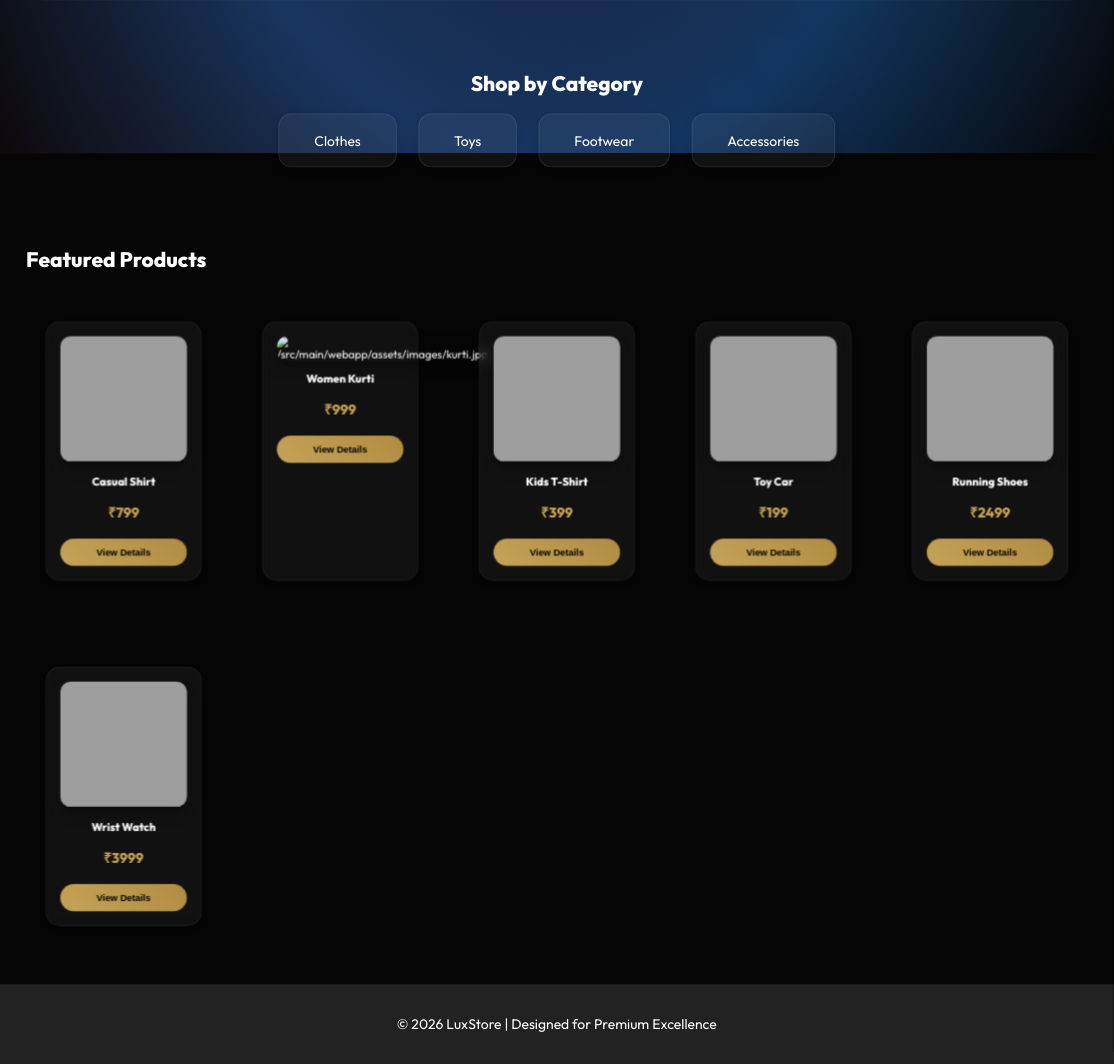
Repository: pradeepkumarh-17/Ecommerce
Page: http://localhost/EcomStore/views/user/home.jsp
The author's editor kept a copy of each file at every save. The page is drawn from the files as they stood at one save, then again after the next save.
The browser window is 1280 px wide. The pictures show the part of the page from y = 544 to 1767 px (the page is 1767 px tall), at 87% of full size.
Pictures or frames that could not be fetched are drawn as grey boxes. Some web libraries are served in a nearby version. The page is served by Tomcat 10. Other server files are loaded and not shown.

Above is the page before, as saved 2026-05-03 11:56:41.
Not found: EcomStore/EcomStore/views/user/images/kurti.jpg

### EcomStore/src/main/webapp/views/user/home.jsp
<%@ page contentType="text/html; charset=UTF-8" pageEncoding="UTF-8"%>

<%@ include file="../partials/header.jsp"%>

<div class="container-3d">
    <div class="container">

        <!-- HERO -->
        <section class="hero">
            <div class="hero-content">
                <h1>Elevate Your Style ✨</h1>
                <p>Premium Collections | Up to 65% Off</p>
                <div class="hero-btns">
                    <a href="<%= request.getContextPath() %>/product" class="btn">Shop Now</a>
                </div>
            </div>
        </section>

        <!-- CATEGORY -->
        <section class="categories">
            <h2 class="section-title">Shop by Category</h2>

            <div class="category-grid">
                <a href="<%= request.getContextPath() %>/product?category=1" class="category-card">
                    <span>Clothes</span>
                </a>
                <a href="<%= request.getContextPath() %>/product?category=2" class="category-card">
                    <span>Toys</span>
                </a>
                <a href="<%= request.getContextPath() %>/product?category=3" class="category-card">
                    <span>Footwear</span>
                </a>
                <a href="<%= request.getContextPath() %>/product?category=4" class="category-card">
                    <span>Accessories</span>
                </a>
            </div>
        </section>

        <!-- PRODUCTS -->
        <section class="products">
            <h2 class="section-title">Featured Products</h2>

            <div class="product-grid">

                <div class="product-card">
                    <div class="product-img-wrapper">
                        <img src="https://images.unsplash.com/photo-1602810318383-e386cc2a3ccf" alt="this.src='https://picsum.photos/300'">
                    </div>
                    <h3>Casual Shirt</h3>
                    <p class="price">&#8377;799</p>
                    <a href="<%= request.getContextPath() %>/product"><button class="cart-btn">View Details</button></a>
                </div>

                <div class="product-card">
                    <div class="product-img-wrapper">
                        <img src="images/kurti.jpg" alt="/src/main/webapp/assets/images/kurti.jpg">
                    </div>
                    <h3>Women Kurti</h3>
                    <p class="price">&#8377;999</p>
                    <a href="<%= request.getContextPath() %>/product"><button class="cart-btn">View Details</button></a>
                </div>

                <div class="product-card">
                    <div class="product-img-wrapper">
                        <img src="https://images.unsplash.com/photo-1585386959984-a4155223169f" onerror="this.src='https://picsum.photos/300'">
                    </div>
                    <h3>Kids T-Shirt</h3>
                    <p class="price">&#8377;399</p>
                    <a href="<%= request.getContextPath() %>/product"><button class="cart-btn">View Details</button></a>
                </div>

                <div class="product-card">
                    <div class="product-img-wrapper">
                        <img src="https://images.unsplash.com/photo-1606813907291-d86efa9b94db" onerror="this.src='https://picsum.photos/300'">
                    </div>
                    <h3>Toy Car</h3>
                    <p class="price">&#8377;199</p>
                    <a href="<%= request.getContextPath() %>/product"><button class="cart-btn">View Details</button></a>
                </div>

                <div class="product-card">
                    <div class="product-img-wrapper">
                        <img src="https://images.unsplash.com/photo-1600180758890-6b94519a8ba6" onerror="this.src='https://picsum.photos/300'">
                    </div>
                    <h3>Running Shoes</h3>
                    <p class="price">&#8377;2499</p>
                    <a href="<%= request.getContextPath() %>/product"><button class="cart-btn">View Details</button></a>
                </div>

                <div class="product-card">
                    <div class="product-img-wrapper">
                        <img src="https://images.unsplash.com/photo-1523275335684-37898b6baf30" onerror="this.src='https://picsum.photos/300'">
                    </div>
                    <h3>Wrist Watch</h3>
                    <p class="price">&#8377;3999</p>
                    <a href="<%= request.getContextPath() %>/product"><button class="cart-btn">View Details</button></a>
                </div>
            </div>
        </section>

    </div>
</div>

<%@ include file="../partials/footer.jsp"%>

### EcomStore/src/main/webapp/views/partials/header.jsp
<%@ page contentType="text/html; charset=UTF-8" %>

<!DOCTYPE html>
<html lang="en">
<head>
    <meta charset="UTF-8">
    <meta name="viewport" content="width=device-width, initial-scale=1.0">
    <title>LuxCommerce | Premium E-Store</title>

    <!-- Google Fonts -->
    <link rel="preconnect" href="https://fonts.googleapis.com">
    <link rel="preconnect" href="https://fonts.gstatic.com" crossorigin>
    <link href="https://fonts.googleapis.com/css2?family=Outfit:wght@300;400;600;800&display=swap" rel="stylesheet">

    <!-- ✅ CSS LINKS -->
    <link rel="stylesheet" href="<%= request.getContextPath() %>/assets/css/style.css">
    <link rel="stylesheet" href="<%= request.getContextPath() %>/assets/css/modern-ui.css">

    <!-- GSAP for Animations -->
    <script src="https://cdnjs.cloudflare.com/ajax/libs/gsap/3.12.2/gsap.min.js"></script>
    <script src="https://cdnjs.cloudflare.com/ajax/libs/gsap/3.12.2/ScrollTrigger.min.js"></script>
</head>

<body>

<header class="header">
    <div class="logo">LUX<span>STORE</span></div>

    <div class="search-bar">
        <form action="<%= request.getContextPath() %>/product" method="GET">
            <input type="text" name="search" placeholder="Discover premium products...">
            <button type="submit">🔍</button>
        </form>
    </div>

    <nav class="nav-links">
        <a href="<%= request.getContextPath() %>/views/user/home.jsp">Home</a>
        <a href="<%= request.getContextPath() %>/product">Products</a>
        <a href="<%= request.getContextPath() %>/cart">Cart</a>
        <a href="<%= request.getContextPath() %>/login" class="login-btn">Login</a>
    </nav>
</header>

### EcomStore/src/main/webapp/views/partials/footer.jsp
<footer class="footer">
    <div class="footer-content">
        <p>&copy; 2026 LuxStore | Designed for Premium Excellence</p>
    </div>
</footer>

<!-- Modern UI Logic -->
<script src="<%= request.getContextPath() %>/assets/js/modern-ui.js"></script>

</body>
</html>

### EcomStore/src/main/webapp/assets/css/style.css
/* ================= GLOBAL ================= */
body {
    margin: 0;
    font-family: 'Segoe UI', sans-serif;
    background: #8080ff;
}

/* ================= HEADER ================= */
.header {
    display: flex;
    justify-content: space-between;
    align-items: center;
    padding: 15px 40px;
    background: white;
    box-shadow: 0 2px 8px rgba(0,0,0,0.1);
}

.logo {
    font-size: 26px;
    font-weight: bold;
    color: #28a745;
}

/* SEARCH BAR FIX */
.search-bar form {
    display: flex;
    align-items: center;
}

.search-bar input {
    padding: 10px;
    width: 250px;
    border: 1px solid #ddd;
    border-radius: 6px 0 0 6px;
    outline: none;
}

.search-bar button {
    padding: 10px 15px;
    border: none;
    background: #28a745;
    color: white;
    border-radius: 0 6px 6px 0;
    cursor: pointer;
    font-size: 16px;
}

/* NAV */
.nav-links a {
    margin-left: 20px;
    text-decoration: none;
    color: #333;
    font-weight: 500;
}

.nav-links a:hover {
    color: #28a745;
}

/* ================= HERO ================= */
.hero {
    background: linear-gradient(rgba(0,0,0,0.4), rgba(0,0,0,0.4)),
    url("/EcomStore/assets/images/download(3).jpeg");

    background-size: cover;
    background-position: center;
    background-repeat: no-repeat;

    height: 320px;
    margin: 20px;
    border-radius: 15px;

    display: flex;
    justify-content: center;
    align-items: center;
    text-align: center;
    color: #ff8040;
}

.hero h1 {
    font-size: 42px;
    margin-bottom: 12px;
    justify-content: center;
    align-items: center;
    text-align: center;
    color: #ff8000;

}

.hero p {
    font-size: 18px;
}

.btn {
    padding: 10px 20px;
    background: white;
    color: #28a745;
    border-radius: 6px;
    text-decoration: none;
    font-weight: bold;
}

/* ================= CATEGORY ================= */
.categories {
    padding: 40px 0;
    text-align: center;
}

.category-grid {
    display: flex;
    justify-content: center;
    gap: 25px;
    margin-top: 20px;
}

.category-card {
    background: white;
    padding: 15px 30px;
    border-radius: 12px;
    text-decoration: none;
    color: #333;
    font-weight: 500;
    box-shadow: 0 4px 10px rgba(0,0,0,0.1);
    transition: 0.3s;
}

.category-card:hover {
    background: #28a745;
    color: white;
    transform: translateY(-5px);
}

/* ================= PRODUCTS ================= */
.products {
    padding: 30px;
}

.product-grid {
    display: grid;
    grid-template-columns: repeat(auto-fit, minmax(220px, 1fr));
    gap: 25px;
}

/* CARD */
.product-card {
    background: white;
    padding: 15px;
    border-radius: 12px;
    text-align: center;
    box-shadow: 0 4px 12px rgba(0,0,0,0.1);
    transition: 0.3s;
}

/* HOVER EFFECT */
.product-card:hover {
    transform: translateY(-8px) scale(1.03);
    box-shadow: 0 12px 25px rgba(0,0,0,0.2);
}

/* IMAGE */
.product-card img {
    width: 100%;
    height: 180px;
    object-fit: cover;
    border-radius: 10px;
}

/* TEXT */
.product-card h3 {
    margin: 10px 0;
    font-size: 16px;
}

/* PRICE */
.price {
    color: #28a745;
    font-weight: bold;
    margin-bottom: 10px;
}

/* BUTTON */
.cart-btn {
    background: #28a745;
    color: white;
    border: none;
    padding: 10px;
    width: 100%;
    border-radius: 6px;
    cursor: pointer;
    transition: 0.3s;
}

.cart-btn:hover {
    background: #218838;
}

/* ================= FOOTER ================= */
.footer {
    text-align: center;
    padding: 20px;
    background: #222;
    color: white;
}

/* ================= RESPONSIVE ================= */
@media (max-width: 768px) {
    .search-bar input {
        width: 150px;
    }

    .category-grid {
        flex-wrap: wrap;
    }
}

### EcomStore/src/main/webapp/assets/css/modern-ui.css
:root {
    --primary: #c5a358; /* Gold accent */
    --secondary: #1a1a2e; /* Deep dark blue */
    --accent: #e94560; /* Vibrant pink/red */
    --bg-dark: #0f3460;
    --glass: rgba(255, 255, 255, 0.05);
    --glass-border: rgba(255, 255, 255, 0.1);
    --glass-text: rgba(255, 255, 255, 0.8);
    --shadow-3d: 0 20px 40px rgba(0,0,0,0.4), 0 10px 10px rgba(0,0,0,0.2);
    --transition-fast: 0.3s cubic-bezier(0.4, 0, 0.2, 1);
    --transition-slow: 0.6s cubic-bezier(0.4, 0, 0.2, 1);
}

@import url('https://fonts.googleapis.com/css2?family=Outfit:wght@300;400;600;800&display=swap');

body {
    margin: 0;
    font-family: 'Outfit', sans-serif;
    background: #050505;
    color: #fff;
    overflow-x: hidden;
    scroll-behavior: smooth;
}

/* Animated Gradient Background */
.bg-animation {
    position: fixed;
    top: 0;
    left: 0;
    width: 100%;
    height: 100%;
    background: radial-gradient(circle at 50% 50%, #16213e 0%, #0f3460 50%, #050505 100%);
    z-index: -1;
    overflow: hidden;
}

.bg-animation::after {
    content: '';
    position: absolute;
    top: -50%;
    left: -50%;
    width: 200%;
    height: 200%;
    background: radial-gradient(circle at 30% 30%, rgba(197, 163, 88, 0.05) 0%, transparent 40%),
                radial-gradient(circle at 70% 70%, rgba(233, 69, 96, 0.05) 0%, transparent 40%);
    animation: rotateBG 20s linear infinite;
}

@keyframes rotateBG {
    0% { transform: rotate(0deg); }
    100% { transform: rotate(360deg); }
}

/* 3D Perspective Container */
.container-3d {
    perspective: 1000px;
}

/* Glassmorphism Header */
.header {
    background: rgba(15, 52, 96, 0.7) !important;
    backdrop-filter: blur(15px);
    border-bottom: 1px solid var(--glass-border);
    position: sticky;
    top: 0;
    z-index: 1000;
    padding: 15px 60px !important;
    transition: var(--transition-fast);
}

.header.scrolled {
    padding: 10px 60px !important;
    background: rgba(15, 52, 96, 0.9) !important;
}

.logo {
    font-size: 32px !important;
    background: linear-gradient(45deg, var(--primary), #fff);
    -webkit-background-clip: text;
    background-clip: text;
    -webkit-text-fill-color: transparent;
    font-weight: 800 !important;
    letter-spacing: -1px;
}

.nav-links a {
    color: var(--glass-text) !important;
    position: relative;
    font-weight: 400 !important;
    padding: 5px 10px;
    border-radius: 5px;
    transition: var(--transition-fast);
}

.nav-links a::after {
    content: '';
    position: absolute;
    bottom: 0;
    left: 50%;
    width: 0;
    height: 2px;
    background: var(--primary);
    transition: var(--transition-fast);
    transform: translateX(-50%);
}

.nav-links a:hover {
    color: #fff !important;
}

.nav-links a:hover::after {
    width: 80%;
}

/* 3D Glass Product Card */
.product-card {
    background: var(--glass) !important;
    backdrop-filter: blur(10px);
    border: 1px solid var(--glass-border) !important;
    border-radius: 20px !important;
    padding: 20px !important;
    transform-style: preserve-3d;
    transition: transform 0.5s cubic-bezier(0.23, 1, 0.32, 1), box-shadow 0.5s ease !important;
    position: relative;
}

.product-card:hover {
    transform: translateY(-10px) rotateX(5deg) rotateY(-5deg) !important;
    box-shadow: 0 30px 60px rgba(0,0,0,0.6) !important;
    border-color: var(--primary) !important;
}

.product-card img {
    border-radius: 15px !important;
    transform: translateZ(20px);
    transition: var(--transition-fast);
    box-shadow: 0 10px 20px rgba(0,0,0,0.3);
}

.product-card h3 {
    color: #fff !important;
    transform: translateZ(30px);
    margin: 15px 0 5px 0 !important;
}

.product-card .price {
    color: var(--primary) !important;
    transform: translateZ(25px);
    font-size: 20px !important;
}

.cart-btn {
    background: linear-gradient(45deg, var(--primary), #b08d42) !important;
    border: none !important;
    border-radius: 30px !important;
    color: #000 !important;
    font-weight: 700 !important;
    padding: 12px !important;
    margin-top: 15px !important;
    transform: translateZ(40px);
    transition: var(--transition-fast) !important;
    cursor: pointer;
}

.cart-btn:hover {
    background: #fff !important;
    transform: translateZ(50px) scale(1.05) !important;
    box-shadow: 0 0 20px var(--primary);
}

/* Hero Section Enhancement */
.hero {
    height: 450px !important;
    border-radius: 30px !important;
    position: relative;
    overflow: hidden;
    background: none !important;
    border: 1px solid var(--glass-border);
}

.hero::before {
    content: '';
    position: absolute;
    top: 0;
    left: 0;
    width: 100%;
    height: 100%;
    background: linear-gradient(rgba(0,0,0,0.2), rgba(0,0,0,0.8)), url('https://images.unsplash.com/photo-1441986300917-64674bd600d8?ixlib=rb-1.2.1&auto=format&fit=crop&w=1350&q=80');
    background-size: cover;
    background-position: center;
    z-index: -1;
    transition: transform 5s ease;
}

.hero:hover::before {
    transform: scale(1.1);
}

.hero h1 {
    font-size: 64px !important;
    color: #fff !important;
    text-shadow: 0 10px 20px rgba(0,0,0,0.5);
    margin-bottom: 20px !important;
}

.hero .btn {
    background: var(--primary) !important;
    color: #000 !important;
    padding: 15px 40px !important;
    border-radius: 50px !important;
    font-size: 18px !important;
    box-shadow: 0 10px 20px rgba(197, 163, 88, 0.3);
}

/* Category Cards */
.category-card {
    background: var(--glass) !important;
    border: 1px solid var(--glass-border) !important;
    color: #fff !important;
    border-radius: 15px !important;
    padding: 20px 40px !important;
    transition: var(--transition-fast) !important;
}

.category-card:hover {
    background: var(--primary) !important;
    color: #000 !important;
    transform: scale(1.1) rotate(2deg) !important;
}

/* Forms */
input, select, textarea {
    background: rgba(255,255,255,0.05) !important;
    border: 1px solid var(--glass-border) !important;
    color: #fff !important;
    border-radius: 8px !important;
    padding: 12px !important;
    transition: var(--transition-fast);
}

input:focus {
    border-color: var(--primary) !important;
    background: rgba(255,255,255,0.1) !important;
    box-shadow: 0 0 15px rgba(197, 163, 88, 0.2);
    outline: none;
}

/* Premium Scrollbar */
::-webkit-scrollbar {
    width: 8px;
}

::-webkit-scrollbar-track {
    background: #050505;
}

::-webkit-scrollbar-thumb {
    background: var(--primary);
    border-radius: 10px;
}

::-webkit-scrollbar-thumb:hover {
    background: #fff;
}

### EcomStore/src/main/webapp/assets/js/modern-ui.js
document.addEventListener('DOMContentLoaded', () => {
    // Background Animation Setup
    const bg = document.createElement('div');
    bg.className = 'bg-animation';
    document.body.prepend(bg);

    // Initialize GSAP Animations
    if (typeof gsap !== 'undefined') {
        gsap.from('.header', {
            y: -100,
            opacity: 0,
            duration: 1,
            ease: 'power4.out'
        });

        gsap.from('.hero-content > *', {
            y: 50,
            opacity: 0,
            duration: 1,
            stagger: 0.2,
            ease: 'power3.out'
        });

        // Scroll animations for sections
        const sections = document.querySelectorAll('section');
        sections.forEach(section => {
            gsap.from(section, {
                scrollTrigger: {
                    trigger: section,
                    start: 'top 80%',
                },
                y: 30,
                opacity: 0,
                duration: 1,
                ease: 'power3.out'
            });
        });

        // Product cards staggering
        gsap.from('.product-card', {
            scrollTrigger: {
                trigger: '.product-grid',
                start: 'top 80%',
            },
            scale: 0.8,
            opacity: 0,
            duration: 0.8,
            stagger: 0.1,
            ease: 'back.out(1.7)'
        });
    }

    // Header Scroll Effect
    window.addEventListener('scroll', () => {
        const header = document.querySelector('.header');
        if (window.scrollY > 50) {
            header.classList.add('scrolled');
        } else {
            header.classList.remove('scrolled');
        }
    });

    // 3D Tilt Effect for Product Cards
    const cards = document.querySelectorAll('.product-card');
    cards.forEach(card => {
        card.addEventListener('mousemove', (e) => {
            const rect = card.getBoundingClientRect();
            const x = e.clientX - rect.left;
            const y = e.clientY - rect.top;

            const centerX = rect.width / 2;
            const centerY = rect.height / 2;

            const rotateX = (y - centerY) / 10;
            const rotateY = (centerX - x) / 10;

            card.style.transform = `perspective(1000px) rotateX(${rotateX}deg) rotateY(${rotateY}deg) translateY(-10px)`;
        });

        card.addEventListener('mouseleave', () => {
            card.style.transform = `perspective(1000px) rotateX(0deg) rotateY(0deg) translateY(0px)`;
        });
    });

    // Smooth Button Ripple Effect
    const buttons = document.querySelectorAll('.cart-btn, .btn');
    buttons.forEach(btn => {
        btn.addEventListener('click', function(e) {
            let x = e.clientX - e.target.offsetLeft;
            let y = e.clientY - e.target.offsetTop;

            let ripple = document.createElement('span');
            ripple.style.left = x + 'px';
            ripple.style.top = y + 'px';
            ripple.classList.add('ripple');
            this.appendChild(ripple);

            setTimeout(() => {
                ripple.remove();
            }, 600);
        });
    });
});

After the next save:
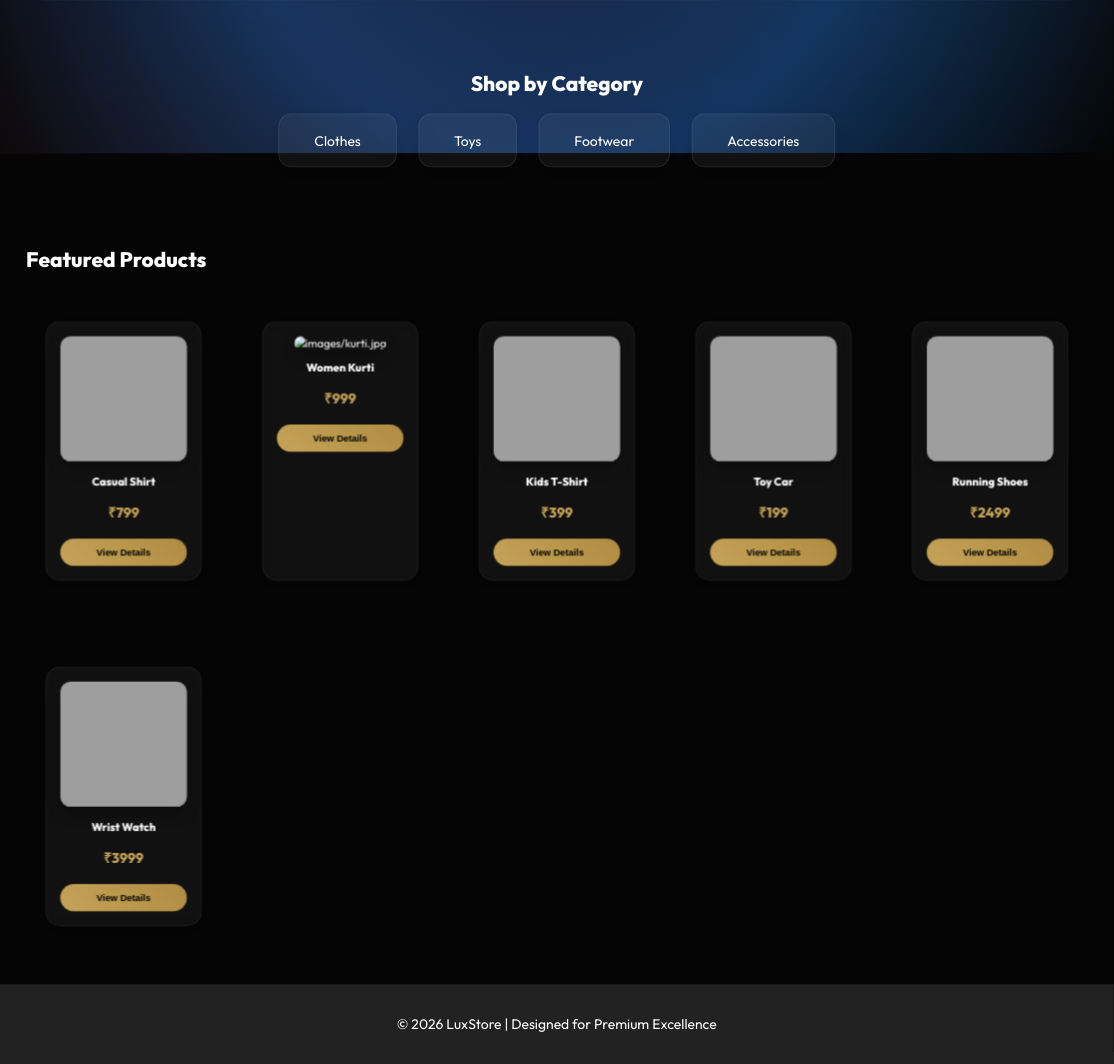
Saved 17 s later.
--- a/EcomStore/src/main/webapp/views/user/home.jsp
+++ b/EcomStore/src/main/webapp/views/user/home.jsp
@@ -53,7 +53,7 @@
 
                 <div class="product-card">
                     <div class="product-img-wrapper">
-                        <img src="images/kurti.jpg" alt="/src/main/webapp/assets/images/kurti.jpg">
+                        <img src="images/kurti.jpg" alt="images/kurti.jpg">
                     </div>
                     <h3>Women Kurti</h3>
                     <p class="price">&#8377;999</p>
